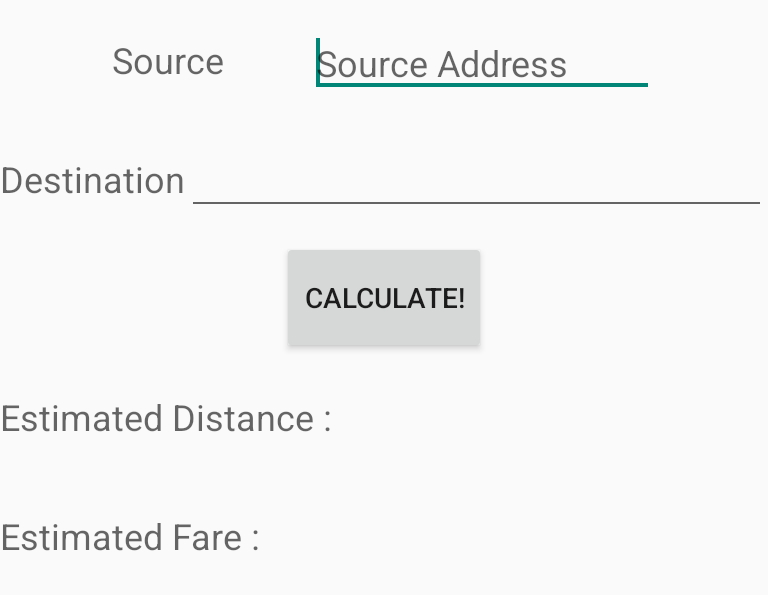
Repository: cravindra/autofareprototype
Layout: AutoFarePrototype/res/layout/activity_main.xml
The author's editor kept a copy of each file at every save. The layout is drawn from the files as they stood at one save, then again after the next save.
The pictures show rows 685 to 1280 of an output 1280 px tall.
It is drawn on a 768 x 1280 px phone screen (xhdpi) without system bars, with theme AppTheme; the app's code is not run.

Above is the layout before, as saved 2014-07-16 13:28:57.

After the next save:
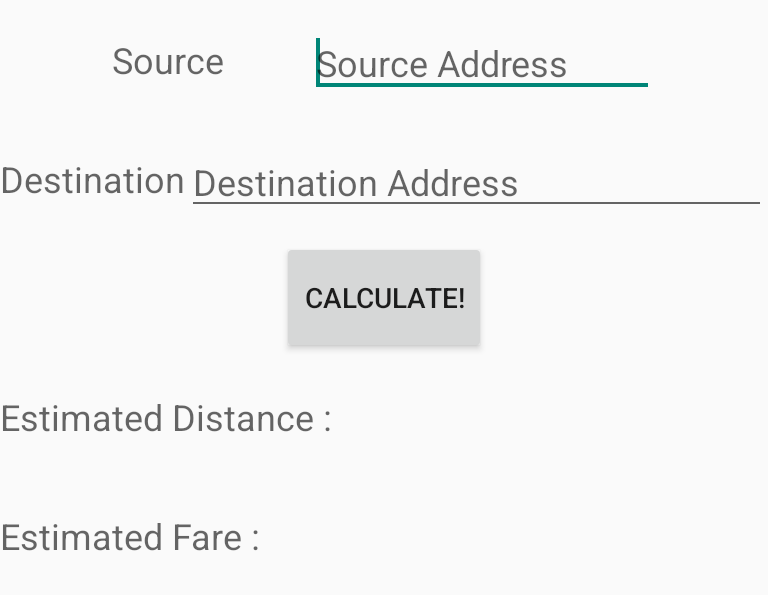
Saved 2 min 22 s later.
--- a/AutoFarePrototype/res/layout/activity_main.xml
+++ b/AutoFarePrototype/res/layout/activity_main.xml
@@ -68,7 +68,9 @@
                 android:layout_width="match_parent"
                 android:layout_height="wrap_content"
                 android:layout_weight="1"
-                android:ems="10" />
+                android:ems="10"
+                android:hint="Destination Address"
+                android:inputType="text" />
 
         </LinearLayout>
 
